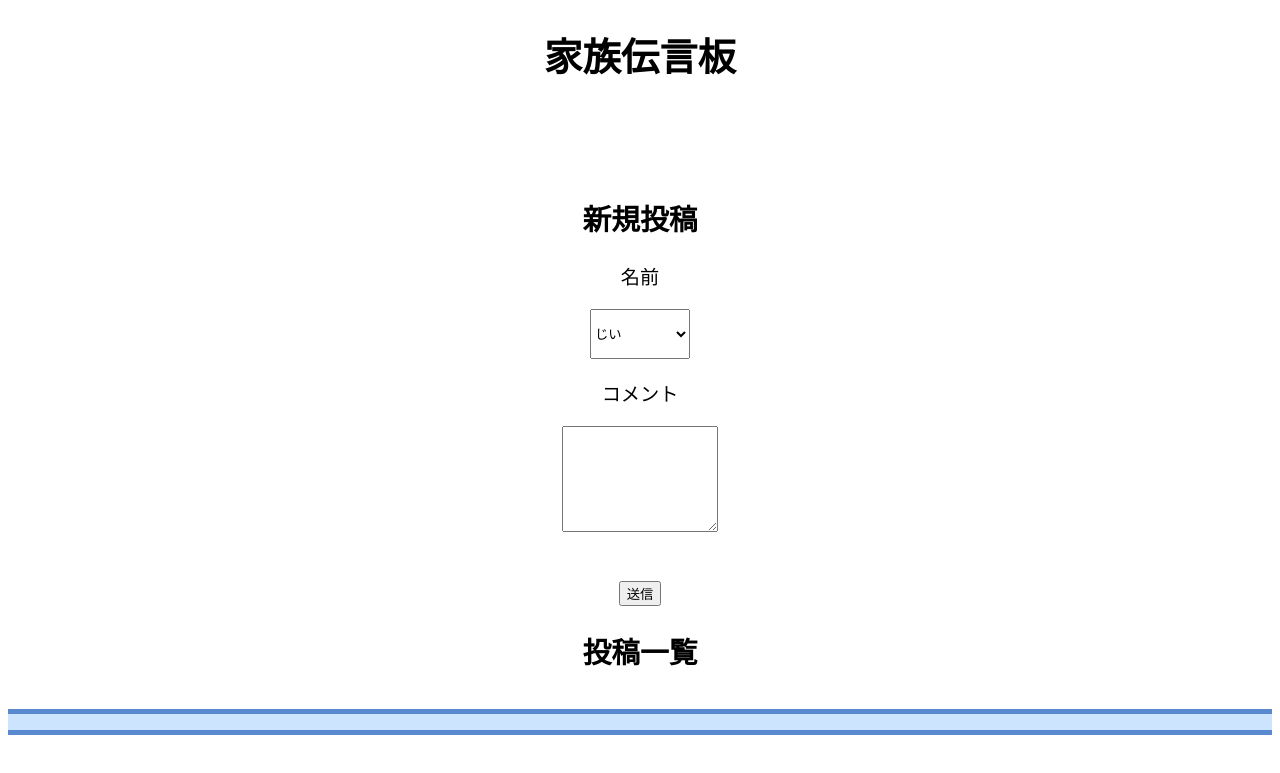
Repository: kakutoshi/test
Page: http://localhost/
An editor plug-in stored every save of this project. The page is shown before and after the next save, followed by the edit.
The browser window is 1280 px wide. The pictures show the whole page.
The page is run by PHP 8.4 with error messages shown; the project is at /var/www/html/. Queries for data that is not in the repository find no rows.

Above is the page before, as saved 2022-04-19 00:57:49.

### it06/htdocs/BBS/index.php
<!DOCTYPE html>
<html lang="ja">
<head>
<meta charset="utf-8">
<meta name="viewport" content="width=device-width,initial-scale=1.0">

<title>掲示板</title>

	<link rel="stylesheet" href="css/common.css">



</head>
<body>

<h1>家族伝言板</h1>
<br>
<br>
<br>




<h2>新規投稿</h2>

	<form action="index.php" method="post">
		<p>名前</p>
		<select name="a">
		<option value="じい">じい</option>
		<option value="ばあ">ばあ</option>
		<option value="パパ">パパ</option>
		<option value="ママ">ママ</option>
		<option value="ベイビー">ベイビー</option>
</select>

		<p>コメント</p>
		<textarea name="b"></textarea>
				<br>
		<br>
		<br>
		<input type="submit" value="送信">



	</form>



<h2>投稿一覧</h2>
<div class = "box">
<?php


if (! empty($_POST["a"]) && ! empty($_POST["b"])) {
    $a = htmlspecialchars($_POST["a"], ENT_QUOTES);
    $b = htmlspecialchars($_POST["b"], ENT_QUOTES);

    $db = new PDO("mysql:host=127.0.0.1;dbname=BBS;charset=utf8", "root", "");



    $db->query("INSERT INTO tb1(no,name,message,time)
VALUES(NULL,'$a','$b',NOW())");

    print "<h1>コメント送信完了しました</h1>";

}


$db = new PDO("mysql:host=127.0.0.1;dbname=BBS;charset=utf8", "root", "");



$n = $db->query("SELECT * FROM tb1 ORDER BY no DESC");
while ($i = $n -> fetch()) {
    print "{$i['no']}:{$i['name']}<br>{$i['time']}<br>" . nl2br($i['message']) . "<hr>";
}

?>

</div>

</body>


</html>

### it06/htdocs/BBS/css/common.css
@charset "UTF-8";

body{
	text-align:center;
	background-color:white;
	font-family:inherit;
	font-size:1.2em;

}

textarea{
	width:150px;
	height:100px;
}
select{
	width:100px;
	height:50px;
	font-size:1.5em:
}


.box{
	padding:8px 19px;
	margin: 2em 0;
	color:#2c2c2f;
	background: #cde4ff;
	border-top: solid 5px #5989cf;
	border-bottom: solid 5px #5989cf;
}

After the next save:
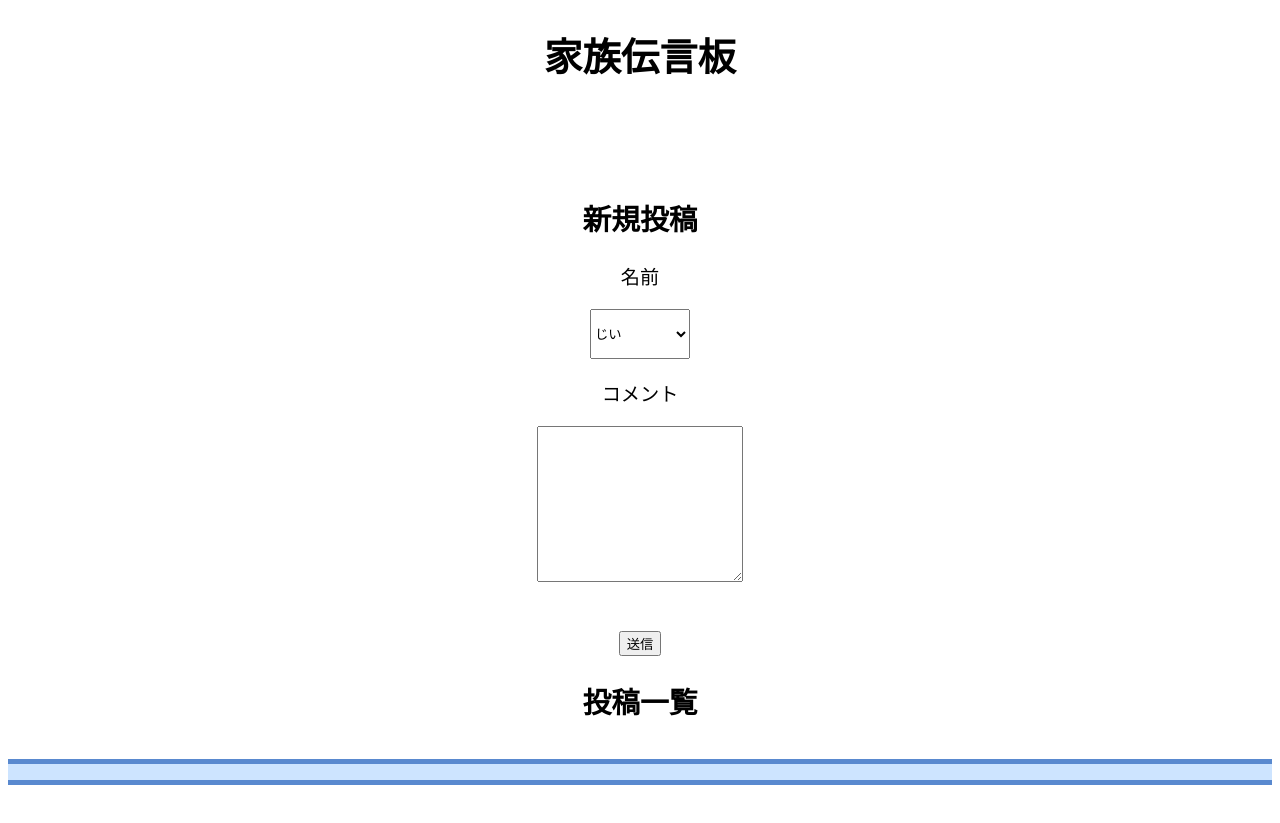
Saved 19 s later.
--- a/it06/htdocs/BBS/css/common.css
+++ b/it06/htdocs/BBS/css/common.css
@@ -9,8 +9,8 @@ body{
 }
 
 textarea{
-	width:150px;
-	height:100px;
+	width:200px;
+	height:150px;
 }
 select{
 	width:100px;
